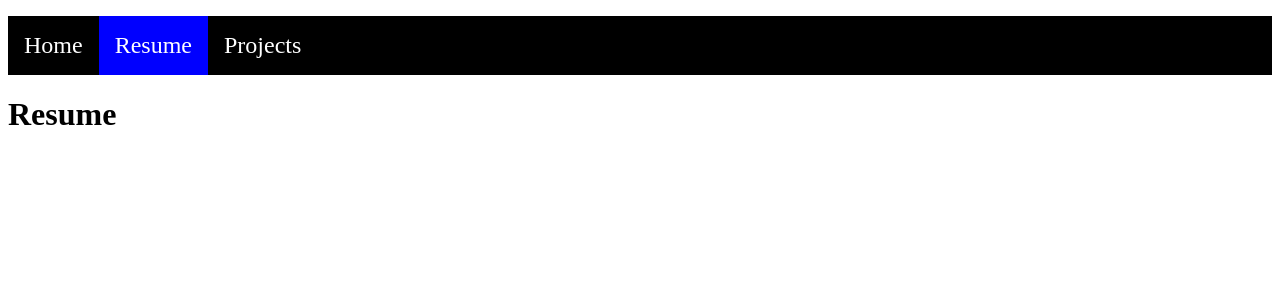
Repository: Dankusmemius/Dankusmemius.github.io
Page: resume.html
The author's editor kept a record of every edit. The page is drawn from the files as they stood at one moment, then again after the next edit.
The browser window is 1280 px wide. The pictures show the whole page.

Above is the page before.

### resume.html
<!DOCTYPE html>
<html>
  <head>
  <title>Home</title>
  <link rel="stylesheet" type="text/css" href="style.css">

  </head>
  <body>
    <ul class="navbar">
      <li><a href="/index.html">Home</a></li>
      <li class="active"><a href="resume.html">Resume</a></li>
      <li class = "dropdown">
        <div>Projects</div>
        <ul class="dropdown-content">
         <li><a href="project1.html">Project 1</a></li>
         <li><a href="project2.html">Project 2</a></li>
         <li><a href="project3.html">Project 3</a></li>
        </ul>
      </li>

    </ul>
    <h1>Resume</h1>

  </body>
</html>

### style.css
.navbar{
      list-style: none;
      background-color: black;
      overflow: hidden;
      padding: 0;
    }

    .navbar a, .dropdown div{
      text-decoration: none;
      color: white;
      font-size: 24px;
      padding: 16px;
      display: inline-block;
    }
    .navbar li{
      float: left;
    }

    .navbar li:hover{
      background-color: brown;
    }

    .dropdown-content{
      list-style: none;
      padding: 0;
      display: none;
      position: absolute;
      z-index: 1;
      background-color: black;
    }

    .dropdown-content li{
      float:none;
    }

    .dropdown:hover .dropdown-content{
      display: block;
    }
    .active{
        background-color:blue;
    }

     .p{
       font-size: 30px;
     }

After the next edit:
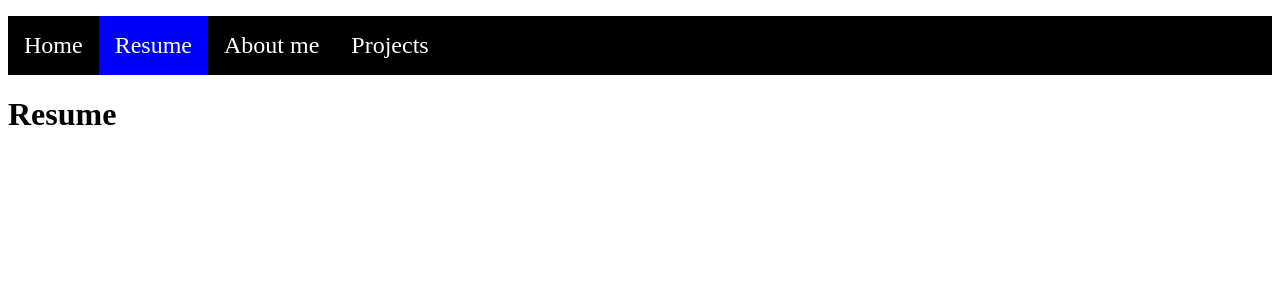
The edit:
--- a/resume.html
+++ b/resume.html
@@ -9,6 +9,7 @@
     <ul class="navbar">
       <li><a href="/index.html">Home</a></li>
       <li class="active"><a href="resume.html">Resume</a></li>
+      <li><a href="aboutme.html">About me</a></li>
       <li class = "dropdown">
         <div>Projects</div>
         <ul class="dropdown-content">
